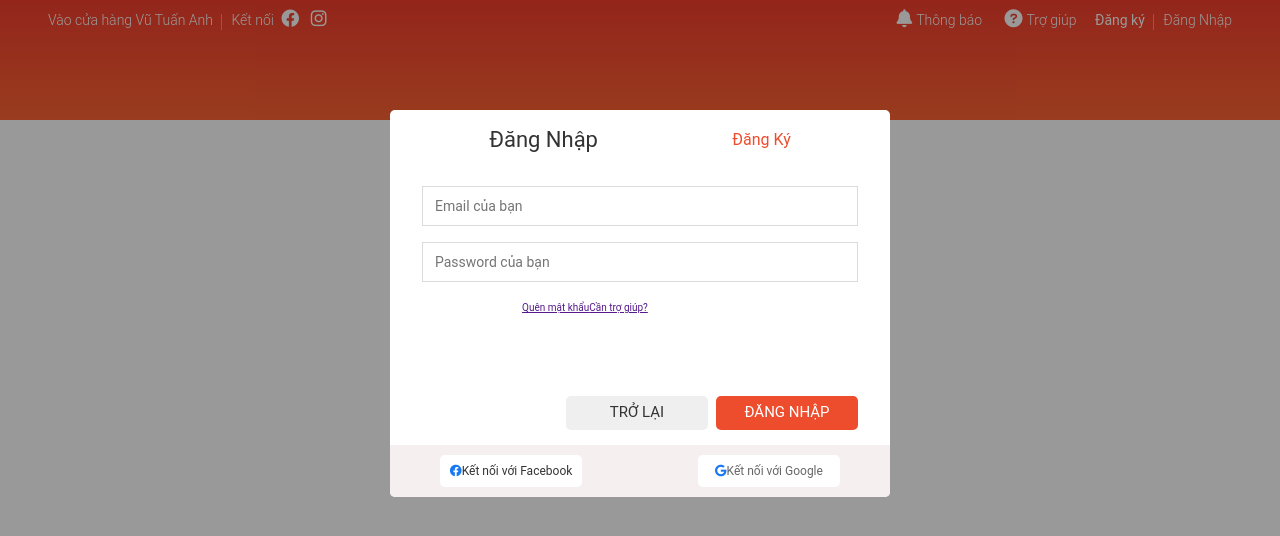
Repository: VuTuanAnh0949/Shopee
Page: index.html
An editor plug-in stored every save of this project. The page is shown before and after the next save, followed by the edit.
The browser window is 1280 px wide. The pictures show the whole page.

Above is the page before, as saved 2022-02-16 15:55:45.

After the next save:
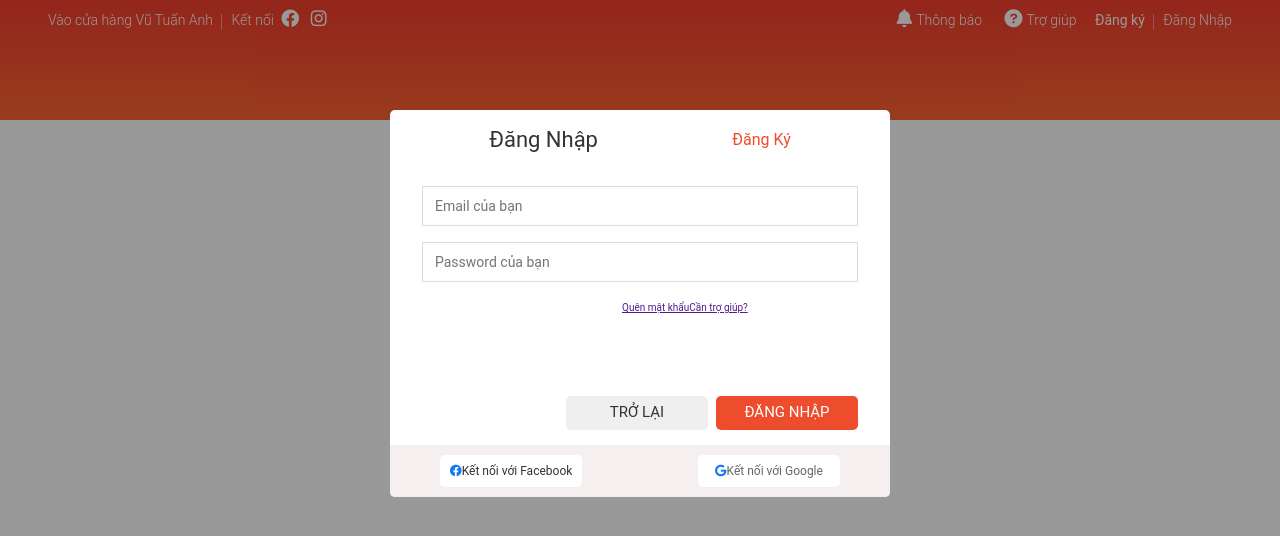
Saved 5 s later.
--- a/assets/css/main.css
+++ b/assets/css/main.css
@@ -315,5 +315,5 @@ margin:10px 50px;
 }
 .auth-form__help{
   display: flex;
-margin-left: 100px;
-}
+margin-left: 200px;
+}
